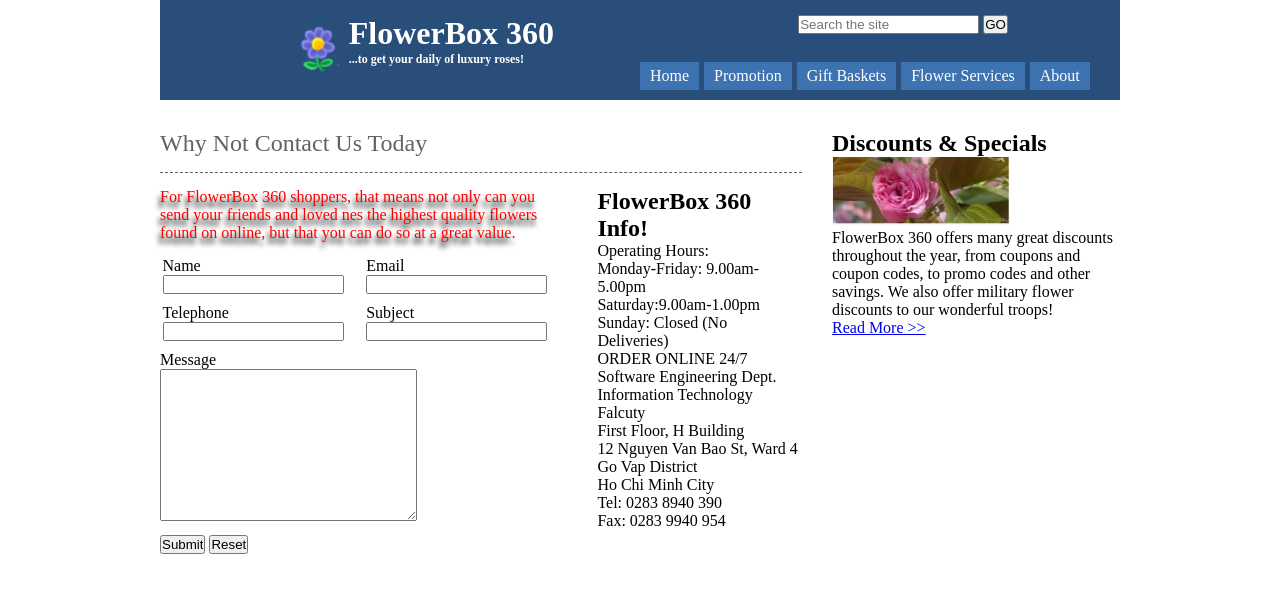
Repository: hoangnguyen1903/STT_21084321_NguyenHuyHoang_DHKHMT17B_Tuan4_DeThamKhao3
Page: html/demo.html
These files come from the project's save history. The page is drawn as it stood at one moment and after the next save; the edit follows.
The browser window is 1280 px wide. The pictures show the whole page.

Above is the page before, as saved 2023-03-09 15:00:15.

After the next save:
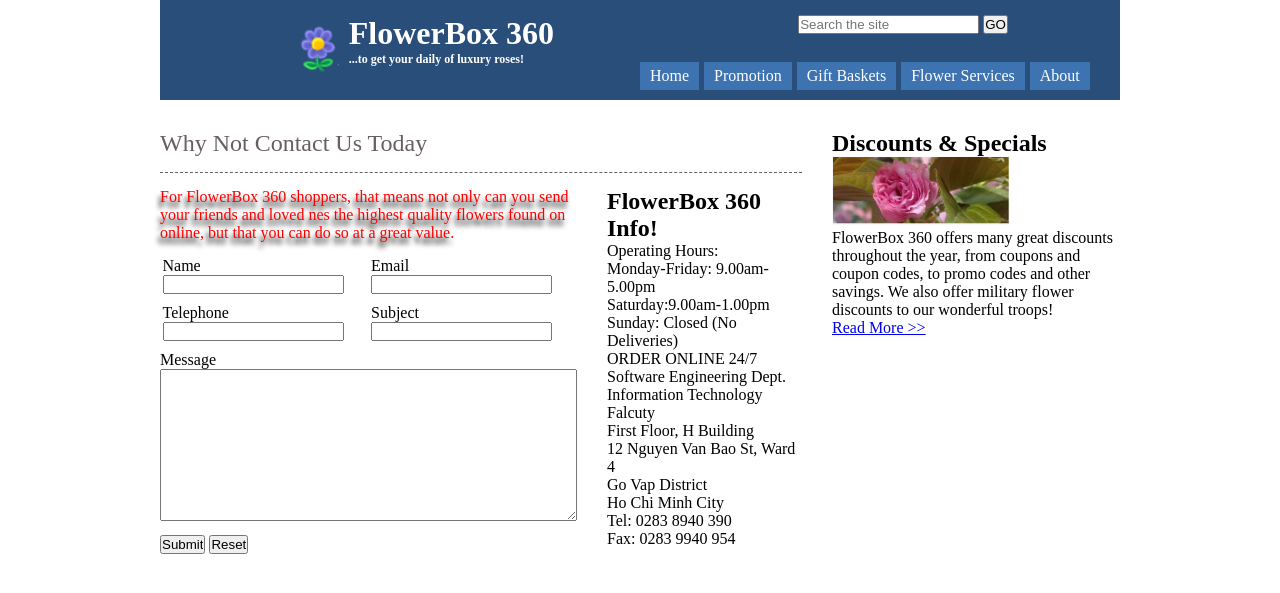
Saved 31 s later.
--- a/html/demo.html
+++ b/html/demo.html
@@ -212,7 +212,7 @@
                     <textarea
                       name="message"
                       id="message"
-                      cols="30"
+                      cols="50"
                       rows="10"
                     ></textarea>
                   </div>
